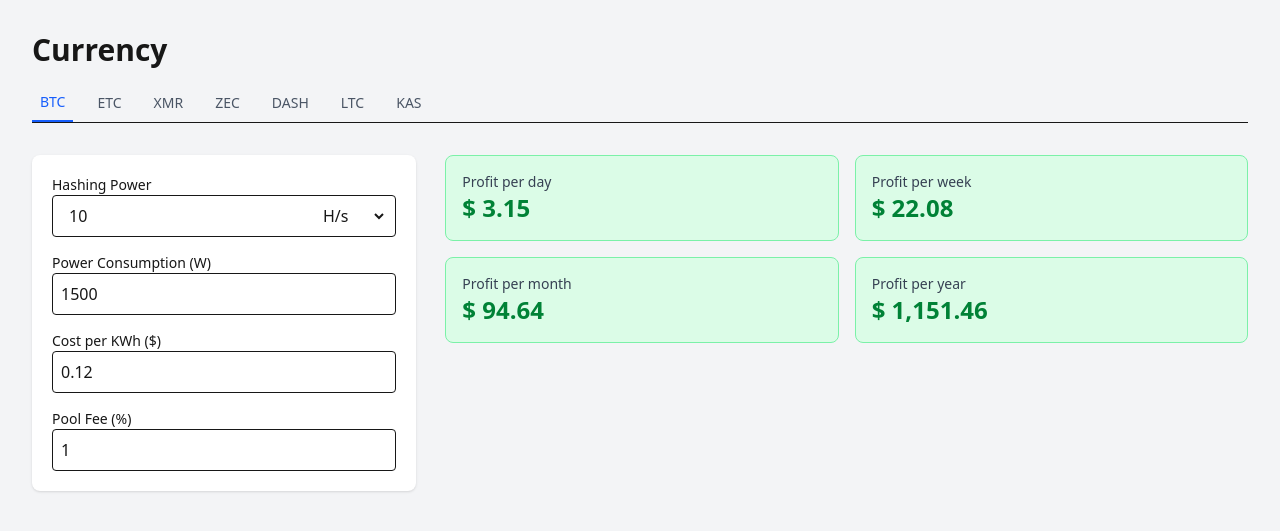
Repository: Bilal-Ahmad-CodeMaster/crypto-proj
Page: /
These files come from the project's save history. The page is drawn as it stood at one moment and after the next save; the edit follows.
The browser window is 1280 px wide. The pictures show the whole page.
The project was rebuilt for these pictures with package versions that can differ from the ones it lists, and the page was loaded fresh each time. The framework's server and built-in components were replaced by stand-ins that run in the browser. Also part of the build but not shown: next.config.ts.

Above is the page before, as saved 2025-11-25 21:09:30.

After the next save:
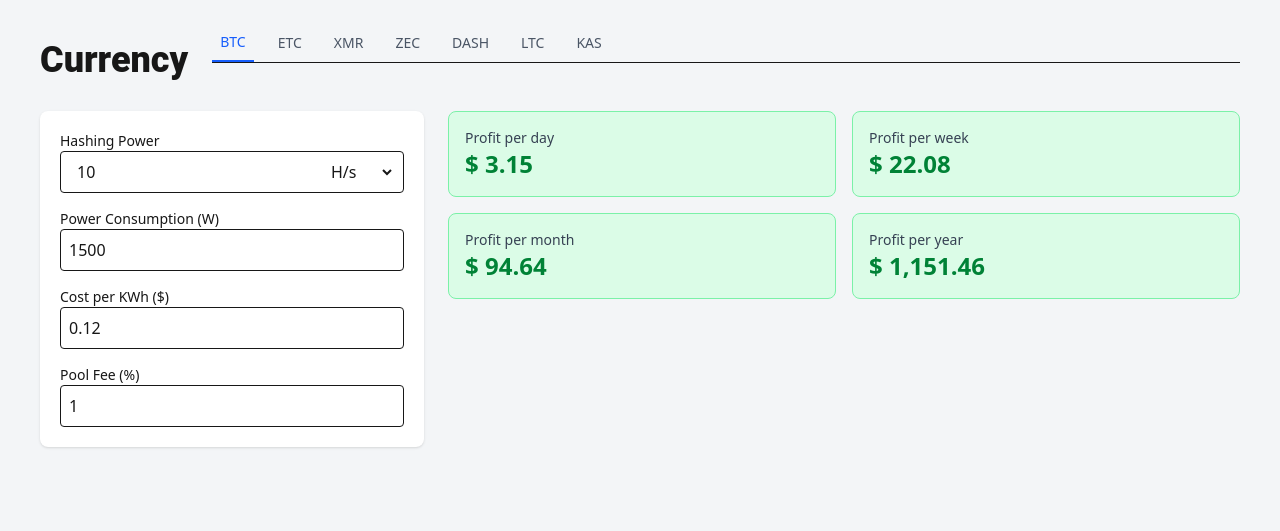
Saved 44 s later.
--- a/src/app/page.tsx
+++ b/src/app/page.tsx
@@ -1,35 +1,49 @@
-"use client";
+'use client'
+import React, { useState } from 'react'
+import Tabs from './components/Tabs'
+import HashingForm from './components/HashingForm'
+import ResultCards from './components/ResultCards'
 
-import { useState } from "react";
-import Tabs from "./components/Tabs";
-import HashingForm from "./components/HashingForm";
-import ResultCards from "./components/ResultCards";
 
-export default function Home() {
-  const [active, setActive] = useState("btc");
+const currencies = [
+  { id: 'btc', label: 'BTC' },
+  { id: 'etc', label: 'ETC' },
+  { id: 'xmr', label: 'XMR' },
+  { id: 'zec', label: 'ZEC' },
+  { id: 'dash', label: 'DASH' },
+  { id: 'ltc', label: 'LTC' },
+  { id: 'kas', label: 'KAS' }
+]
 
-  const currencies = [
-    { id: "btc", label: "BTC" },
-    { id: "etc", label: "ETC" },
-    { id: "xmr", label: "XMR" },
-    { id: "zec", label: "ZEC" },
-    { id: "dash", label: "DASH" },
-    { id: "ltc", label: "LTC" },
-    { id: "kas", label: "KAS" },
-  ];
+
+export default function Page() {
+  const [active, setActive] = useState('btc')
+
 
   return (
-    <div className="min-h-screen bg-gray-100 p-8">
-      <h1 className="text-3xl font-bold mb-6">Currency</h1>
+    <main className="min-h-screen p-8 bg-[#f3f5f7]">
+      <div className="max-w-[1200px] mx-auto">
+        <header className="flex items-center gap-6 mb-6">
+          <h1 className="text-4xl font-extrabold" style={{ fontFamily: '"Lobster", Roboto, Arial' }}>
+            Currency
+          </h1>
+          <nav className="flex-1">
+            <Tabs active={active} setActive={setActive} tabs={currencies} />
+          </nav>
+        </header>
 
-      <Tabs active={active} setActive={setActive} tabs={currencies} />
 
-      <div className="grid grid-cols-1 lg:grid-cols-3 gap-6 mt-8">
-        <HashingForm />
-        <div className="lg:col-span-2">
-          <ResultCards />
+        <div className="grid grid-cols-1 lg:grid-cols-3 gap-6">
+          <div>
+            <HashingForm active={active} />
+          </div>
+
+
+          <div className="lg:col-span-2">
+            <ResultCards active={active} />
+          </div>
         </div>
       </div>
-    </div>
-  );
+    </main>
+  )
 }
